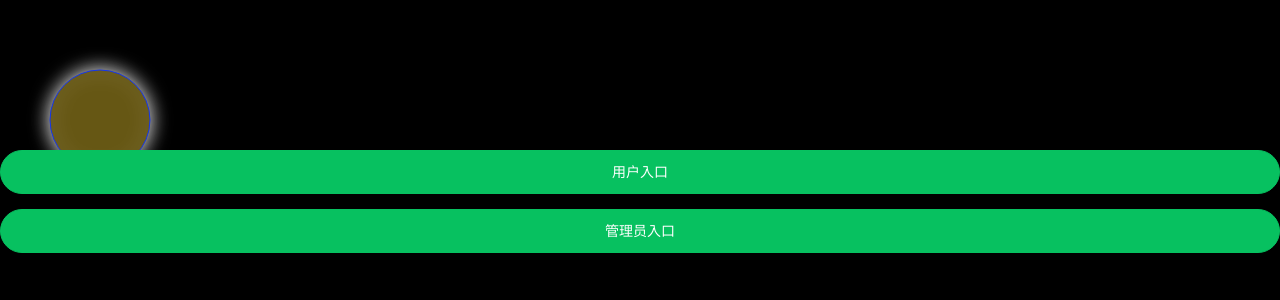
Repository: fisher002/sports
Page: /
An editor plug-in stored every save of this project. The page is shown before and after the next save, followed by the edit.
The browser window is 1280 px wide. The pictures show the whole page.
The project was rebuilt for these pictures with package versions that can differ from the ones it lists, and the page was loaded fresh each time. Also part of the build but not shown: src/components/public/bottom.vue, src/views/mobile-index/indexUrl.js, src/views/mobile-admin/admin-login/loginUrl.js, src/components/public/top.vue, src/views/mobile-index/mobileIndex.vue, src/utils/comUtils.js, src/views/mobile-index/index.vue, src/views/mobile-index/detailcompate.vue and 68 more.

Above is the page before, as saved 2020-05-04 13:47:29.

After the next save:
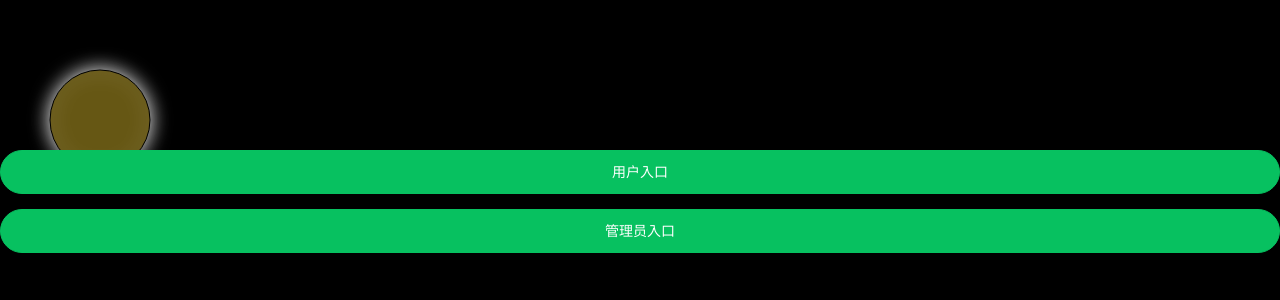
Saved 16 s later.
--- a/src/views/index.vue
+++ b/src/views/index.vue
@@ -30,7 +30,7 @@ export default {
     ctx.shadowBlur = 20;
     ctx.shadowColor = "#ffffff";
     ctx.fillStyle = "#665714";
-    ctx.strokeStyle = "#1536ec";
+    ctx.strokeStyle = "#000000";
     ctx.beginPath();
     ctx.arc(100, 120, 50, 0, 2 * Math.PI, true);
     ctx.fill();
